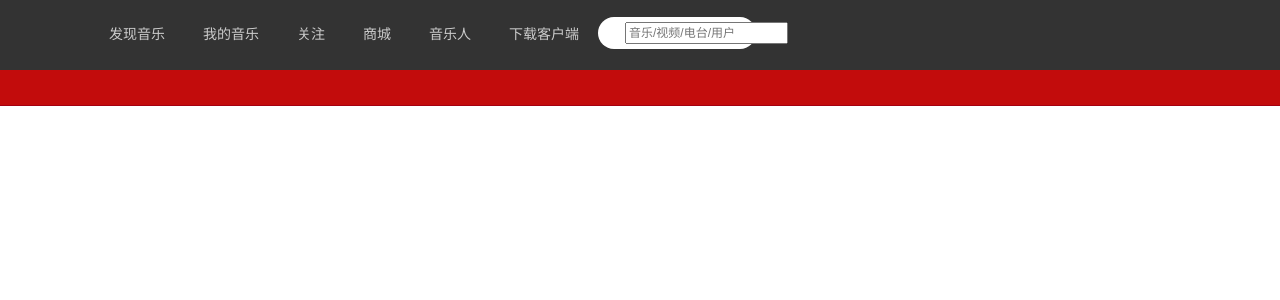
Repository: xtcgjk/-
Page: /
The author's editor kept a copy of each file at every save. The page is drawn from the files as they stood at one save, then again after the next save.
The browser window is 1280 px wide. The pictures show the whole page.
The project was rebuilt for these pictures with package versions that can differ from the ones it lists, and the page was loaded fresh each time.

Above is the page before, as saved 2022-02-23 16:31:35.

### index.html
<!DOCTYPE html>
<html>
  <head>
    <meta charset="utf-8" />
    <meta name="viewport" content="width=device-width,initial-scale=1.0" />
    <title>vue-music</title>
  </head>
  <body>
    <div id="app"></div>
    <!-- built files will be auto injected -->
  </body>
</html>
<style>
  body {
    margin: 0;
    padding: 0;
  }
</style>

### src/main.js
// The Vue build version to load with the `import` command
// (runtime-only or standalone) has been set in webpack.base.conf with an alias.
import Vue from "vue";
import App from "./App";
import router from "./routers";
import http from "./axios/index";
import ElementUI from "element-ui";
import "element-ui/lib/theme-chalk/index.css";

Vue.use(ElementUI);
Vue.prototype.$http = http;

/* eslint-disable no-new */
new Vue({
  el: "#app",
  router,
  components: { App },
  template: "<App/>"
});

### src/App.vue
<template>
  <div id="app">
    <router-view></router-view>
  </div>
</template>

<script>
export default {
  name: "App",
  components: {},
};
</script>

<style>
/* #app {
  font-family: "Avenir", Helvetica, Arial, sans-serif;
  -webkit-font-smoothing: antialiased;
  -moz-osx-font-smoothing: grayscale;
  text-align: center;
  color: #2c3e50;
  margin-top: 60px;
} */
</style>

### src/routers/index.js
import Vue from "vue";
import VueRouter from "vue-router";
Vue.use(VueRouter);
const router = new VueRouter({
  mode: "history",
  routes: [
    {
      path: "/",
      redirect: "/music"
    },
    {
      path: "/music",
      component: () => import("@/views/music")
    }
  ]
});

export default router;

### src/axios/index.js
function http(userOptions) {
  console.log("成功了");
}

### src/views/music/index.vue
<template>
  <div id="container">
    <div></div>
    <Header />
    <Header2 />
  </div>
</template>

<script>
import Header from "../../components/header";
import Header2 from "../../components/header2";
export default {
  components: {
    Header,
    Header2,
  },
};
</script>
<style scoped>
</style>

### src/components/header/index.vue
<template>
  <div id="wrapper">
    <div id="header">
      <router-link to="">发现音乐</router-link>
      <router-link to="">我的音乐</router-link>
      <router-link to="">关注</router-link>
      <router-link to="">商城</router-link>
      <router-link to="">音乐人</router-link>
      <router-link to="">下载客户端</router-link>
      <div id="search">
        <input
          placeholder="音乐/视频/电台/用户"
          type="text"
          style="
          font-size:12px
            width: 115px;
            height: 16px;
            position: absolute;
            left: 27px;
            top: 5px;
          "
        />
      </div>
    </div>
  </div>
</template>

<script>
export default {
  name: "Header",
  data() {
    return {};
  },
};
</script>
<style scoped>
#wrapper {
  background-color: #333;
}
#header {
  width: 1100px;
  height: 70px;
  background-color: #333;
  margin: auto;
}
a {
  text-decoration: none;
  color: #ccc;
  font-style: normal;
  font-size: 14px;
  height: 70px;
  line-height: 70px;
  display: inline-block;
  padding: 0 19px;
}
#search {
  width: 158px;
  height: 32px;
  background-color: #fff;
  border-radius: 32px;
  display: inline-block;
  position: relative;
  top: 10px;
}
</style>

### src/components/header2/index.vue
<template>
  <div id="header2"></div>
</template>
<script>
export default {
  name: "Header2",
  data() {
    return {};
  },
};
</script>
<style scoped>
#header2 {
  height: 35px;
  background-color: #c20c0c;
  border-bottom: 1px solid #a40011;
}
</style>

After the next save:
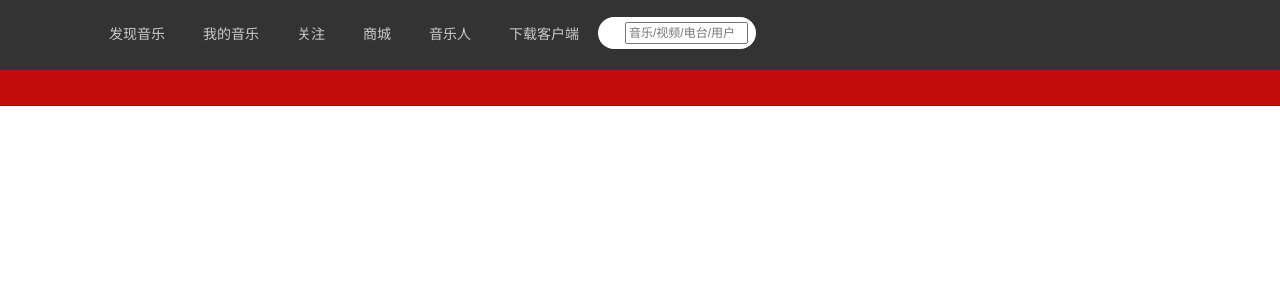
Saved 34 s later.
--- a/src/components/header/index.vue
+++ b/src/components/header/index.vue
@@ -12,7 +12,8 @@
           placeholder="音乐/视频/电台/用户"
           type="text"
           style="
-          font-size:12px
+            color: #9b9b9b;
+            font-size: 12px;
             width: 115px;
             height: 16px;
             position: absolute;
